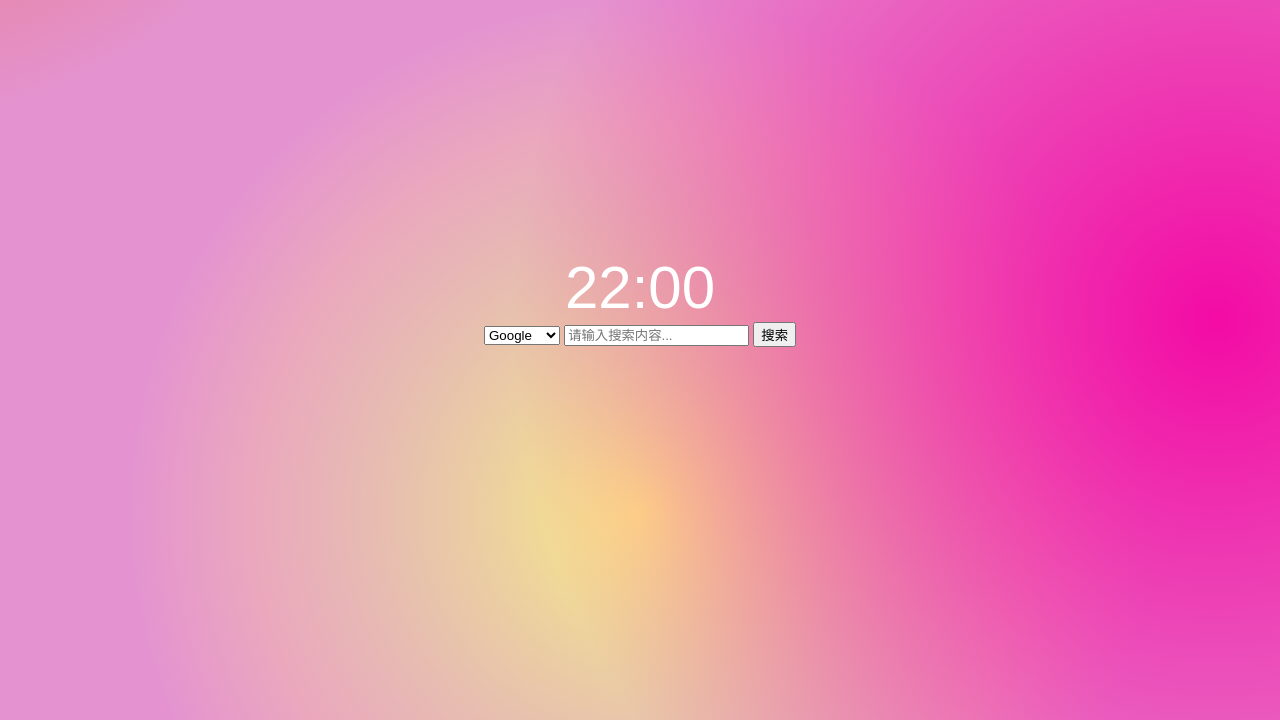
Repository: RADEKWRLD/NaviR
Page: index.html
The author's editor kept a copy of each file at every save. The page is drawn from the files as they stood at one save, then again after the next save.
The browser window is 1280 px wide. The pictures show the whole page.

Above is the page before, as saved 2025-05-23 22:16:09.

After the next save:
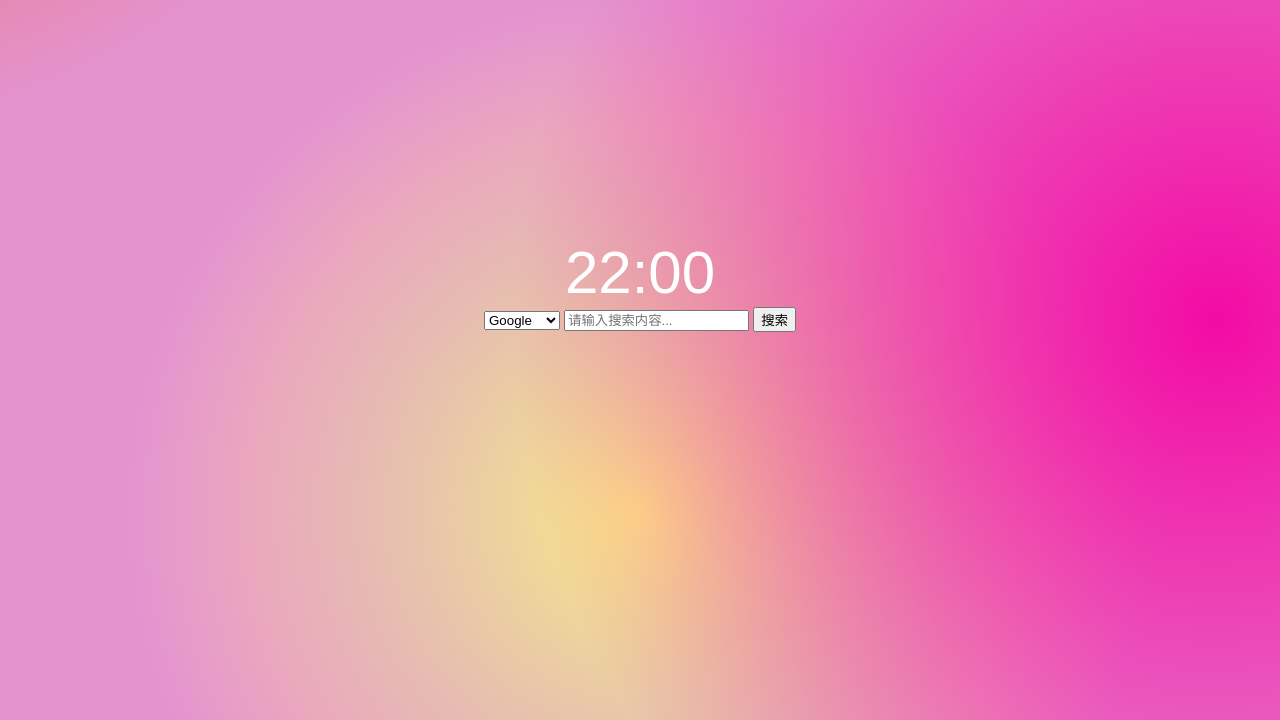
Saved 11 s later.
--- a/style.css
+++ b/style.css
@@ -91,7 +91,7 @@ body {
 
 #main{
     transition: all 0.3s ease;
-    transform: translateY(-4rem);
+    transform: translateY(-5rem);
     display: flex;
     flex-direction: column;
     align-items: center;
